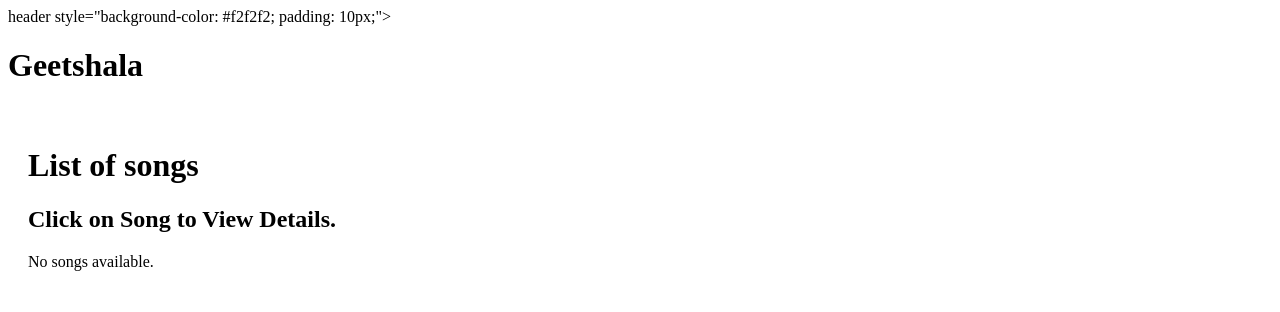
Repository: thagunnaharish1-netizen/GeetShala
Page: http://localhost/songs/
These files come from the project's save history. The page is drawn as it stood at one moment and after the next save; the edit follows.
The browser window is 1280 px wide. The pictures show the whole page.
The page is served by the project's application, run on Django 5.2 (manage.py).

Above is the page before, as saved 2026-09-01 19:06:47.

After the next save:
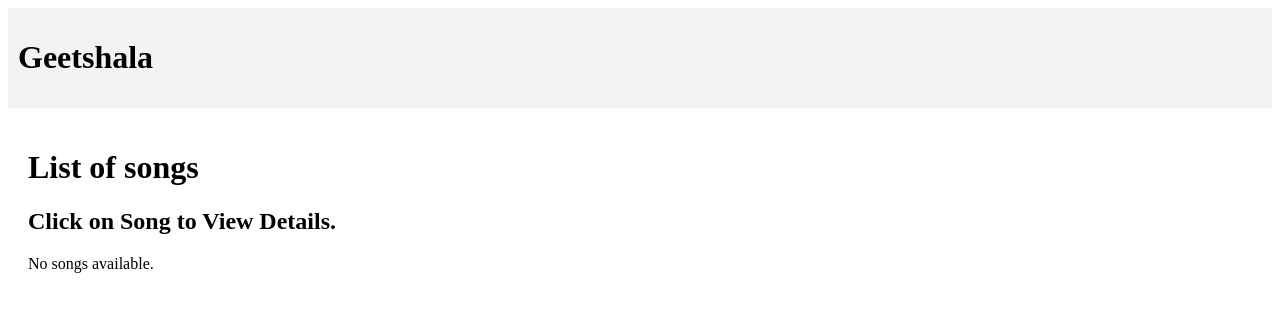
Saved 69 s later.
--- a/songs/templates/song_list.html
+++ b/songs/templates/song_list.html
@@ -6,7 +6,7 @@
     <title>Geetshala</title>
 </head>
 <body>
-    header style="background-color: #f2f2f2; padding: 10px;">
+    <header style="background-color: #f2f2f2; padding: 10px;">
         <h1>Geetshala</h1>
     </header>
     <main style="padding: 20px;">
